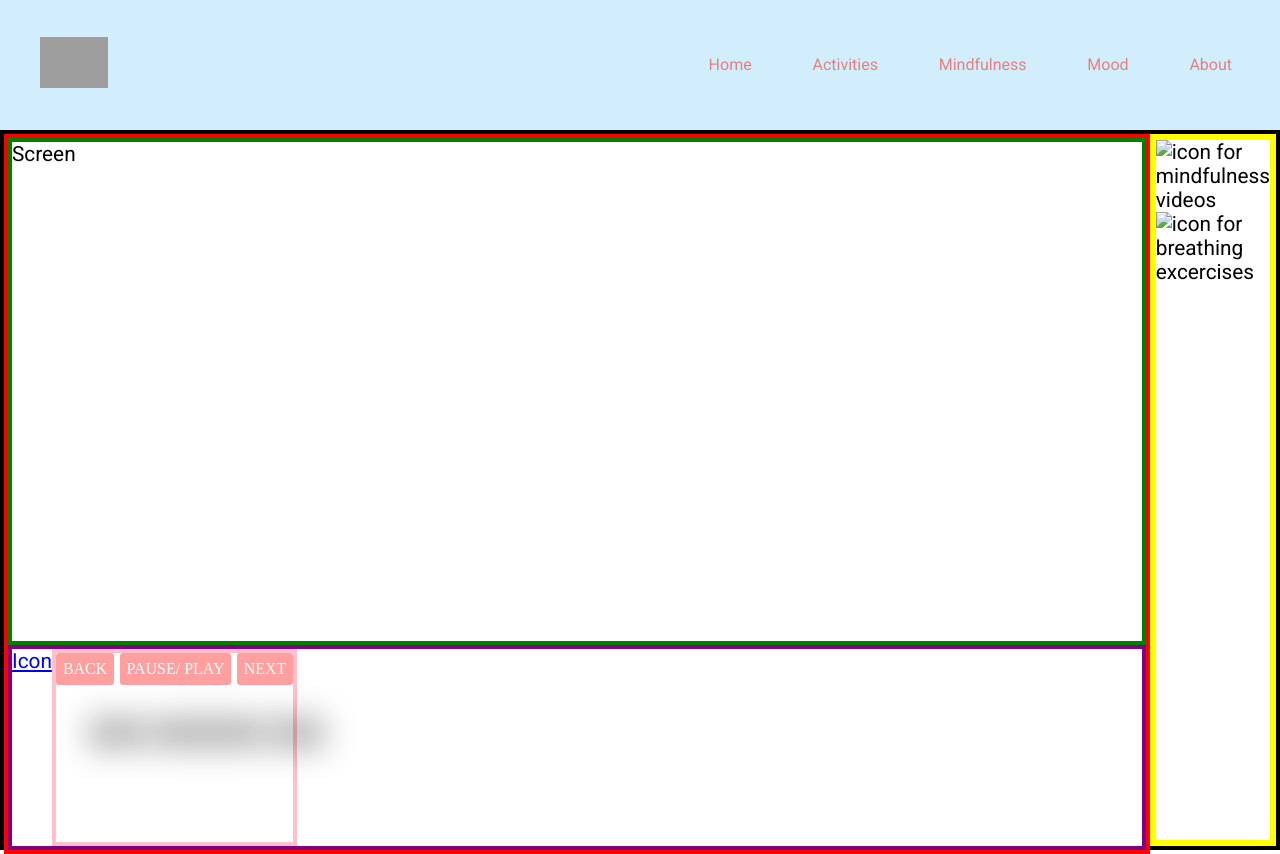
Repository: Nafisa-Huda/HealthierMind
Page: public/mindfulness.html
The author's editor kept a copy of each file at every save. The page is drawn from the files as they stood at one save, then again after a run of saves.
The browser window is 1280 px wide. The pictures show the whole page.
Pictures or frames that could not be fetched are drawn as grey boxes. Some web fonts or font styles are not loaded; a fallback is used.

Above is the page before, as saved 2022-07-16 13:32:12.

After the next 2 saves:
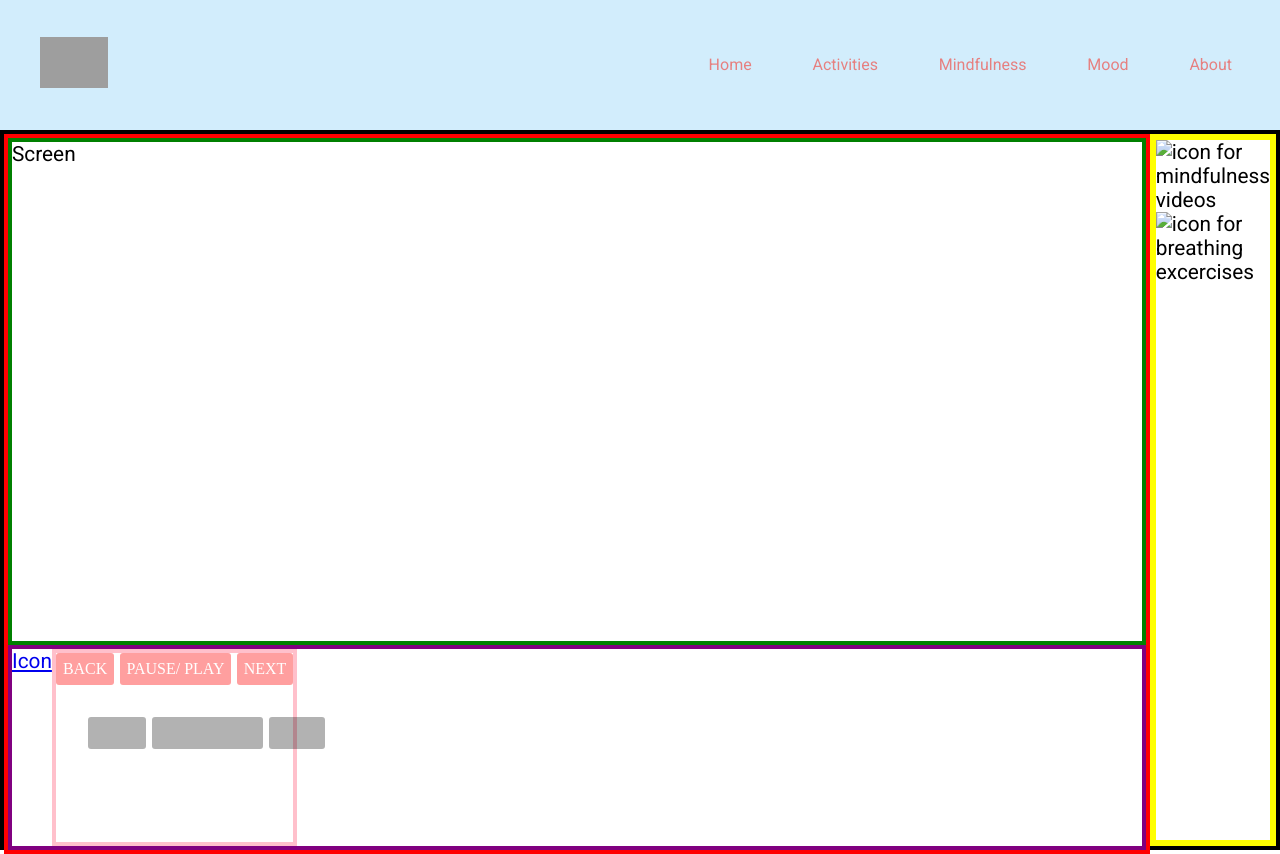
The 2 saves are shown as one change because they came seconds apart.
The last was saved 11 s later.
--- a/public/css/mindfulness.css
+++ b/public/css/mindfulness.css
@@ -174,7 +174,7 @@ header{
   border: none;
   border-radius: 3px;
   cursor: pointer;
-  box-shadow: 2rem 4rem 2rem rgba(0,0,0,0.3);
+  box-shadow: 2rem 4rem rgba(0,0,0,0.3);
   }
 
   .btn:hover{
